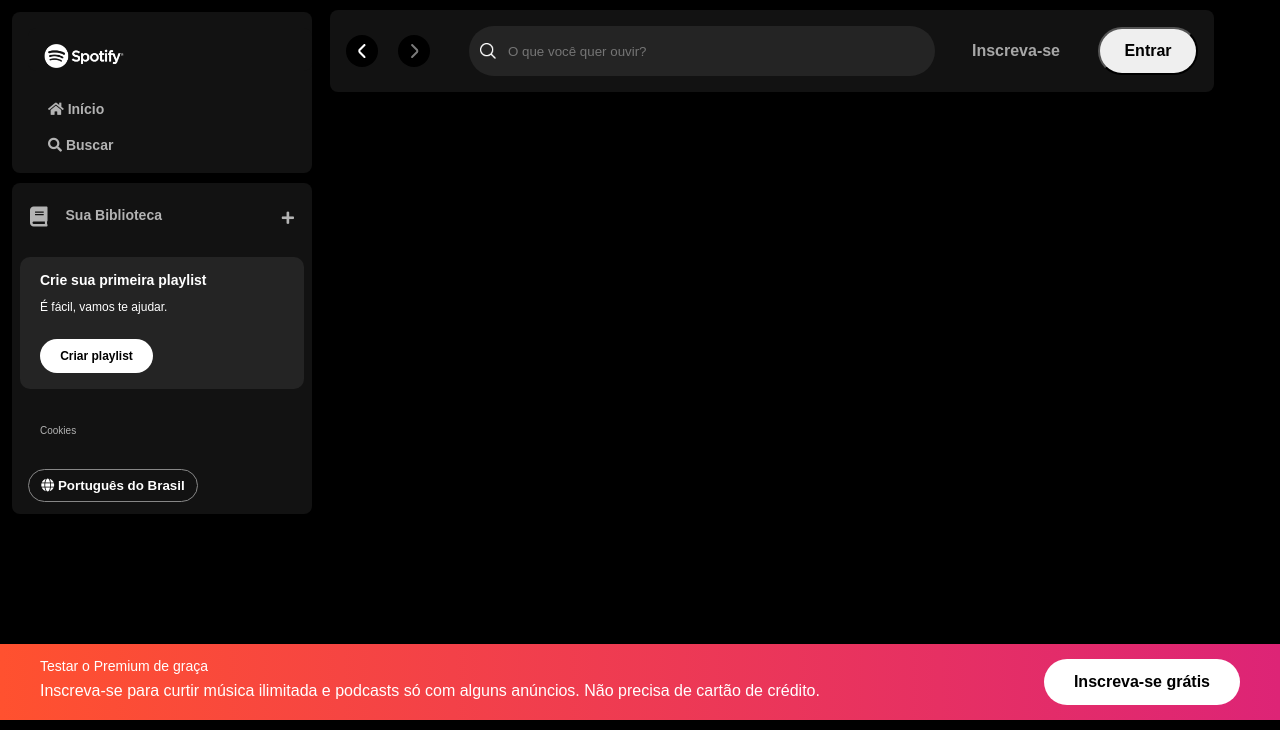
Repository: rafaazevedo-gs/Imers-o-Alura-Front-end
Page: index.html
These files come from the project's save history. The page is drawn as it stood at one moment and after the next save; the edit follows.
The browser window is 1280 px wide. The pictures show the whole page.

Above is the page before, as saved 2025-01-31 10:47:50.

### index.html
<!DOCTYPE html>
<html lang="pt-BR">
<head>
    <meta charset="UTF-8">
    <meta name="viewport" content="width=device-width, initial-scale=1.0">
    <title>Spotify</title>

    <link rel="stylesheet" href="./src/styles/reset.css">
    <link rel="stylesheet" href="./src/styles/vars.css">
    <link rel="stylesheet" href="./src/styles/sidebar-footer.css">
    <link rel="stylesheet" href="./src/styles/main-content.css">
    <link rel="stylesheet" href="https://use.fontawesome.com/releases/v5.15.4/css/solid.css"/>
    <link rel="stylesheet" href="https://use.fontawesome.com/releases/v5.15.4/css/fontawesome.css"/>

</head>
<body>
    <div class="sidebar">
        <nav class="sidebar__navigation">
            <div class="logo">
                <a href="">
                    <img src="./src/assets/icons/logo-spotify.png" alt="Spotify logo">
                </a>
                </div>
                    <ul>
                        <li>
                            <a href="">
                                <span class="fa fa-home"></span>
                                <span>Início</span>
                            </a>
                        </li>
                        <li>
                            <a href="">
                                <span class="fa fa-search"></span>
                                <span>Buscar</span>
                            </a>
                        </li>
                    </ul>
        </nav>
        <div class="library">
            <div class="library__content">
                <button class="library__button">
                    <span class="fa fas fa-book"></span>
                    <span>Sua Biblioteca</span>
                </button>
                <span class="fa fa-plus"></span>
        </div>

        <section class="section-playlist">
            <div class="section-playlist__content">
                <span class="text title">Crie sua primeira playlist</span>
                <span class="text subtitle">É fácil, vamos te ajudar.</span>
                <button class="section-playlist__button">
                    <span>Criar playlist</span>
                </button>
            </div>
        </section>
        <div class="cookies">
            <a href="">Cookies</a>
        </div>
        <div class="languages">
            <button class="languages__button">
                <span class="fa fa-globe"></span>
                <span>Português do Brasil</span>
            </button>
        </div>
    </div>
</div>

<main>
    <div class="main-container">
        <nav class="header__navigation">
            <div class="navigation">
                <button class="arrow-left">
                    <img src="./src/assets/icons/small-left.png" alt="Seta esquerda">
                </button>
                <button class="arrow-right">
                    <img src="./src/assets/icons/small-right.png" alt="Seta direita">
                </button>
            </div>
            <div class="header__search">
                <img src="./src/assets/icons/search.png" alt="">
                <input id="search-input" type="text" maxlength="800" placeholder="O que você quer ouvir?" />
            </div>
            <div class="header__login">
                <button class="subscribe">Inscreva-se</button>
                <button class="login">Entrar</button>
            </div>
        </nav>

            <div class="playlist-container">
                <div id="result-playlist">
                    <div class="playlist">
                        <h1 id="greeting">Boas vindas</h1>
                        <h2 class="greeting-subtitle">Navegar por todas as seções</h2>
                    </div>
            </div>
    </div>
</main>

    <footer class="disclaimer-premium">
        <div class="text">
            <p class="disclaimer-premium__title">Testar o Premium de graça</p>
            <p class="disclaimer-premium__subtitle">Inscreva-se para curtir música ilimitada e podcasts só com alguns anúncios. Não precisa de cartão de crédito.</p>
        </div>
        <div class="button">
            <button type="button">Inscreva-se grátis</button>
        </div>
    </footer>

</body>
</html>

### src/styles/vars.css
:root{
    /* FONT */
    --font-dm-sans:"DM Sans", sans-serif;

    /* COLORS */
    --bg-icon:#131313;
    --bg-arrow-color:rgba(0,0,0,7)
}

### src/styles/sidebar-footer.css
body{
    background-color: #000;
    font-family: var(--font-dm-sans);
}

.sidebar{
    position:fixed;
    top:0;
    left:0;
    bottom:0;
    padding:12px;
    width:300px;
}

.sidebar__navigation{
    background-color: #121212;
    border-radius:8px;
    padding:16px 0 0 16px;
}

.logo{
    background: #121212;
    display:flex;
    border-radius:8px ;
    padding:16px 0 0 16px;
}

.sidebar__navigation .logo img{
    width:80px;
}

.sidebar nav ul{
    margin-top: 20px;
    padding:0 20px 10px 20px;
}

.sidebar ul li{
    padding: 10px 0;
}

.sidebar nav ul li a{
    color: #b3b3b3;
    text-decoration: none;
    font-weight: 600;
    font-size: 14px;
}

.library{
    background-color:#121212;
    border-radius:8px;
    display:flex;
    justify-content: space-between;
    flex-direction: column;
    padding:4px 8px;
    color:#b3b3b3;
    font-weight: 600;
    font-size:14px;
    margin-top: 10px;
}

.library .library__content{
    display:flex;
    justify-content: space-between;
}

.library .library__button{
    display:flex;
    margin-right: 10px;
    color:#b3b3b3;
    background-color: transparent;
    border:0px;
    font-size: 14px;
    font-weight: 700;
    text-align: center;
    text-decoration: none;
    text-transform: none;
    padding:20px 10px;
}

.library .library__button .fa{
    font-size:20px;
    font-weight: 300;
    color:#b3b3b3;
    margin-right: 10px;
    padding-right:8px;
}

.library .library__content .fa-plus{
    margin: 24px 10px;
    cursor: pointer;
}

.section-playlist{
    display:flex;
    align-items: flex-start;
    justify-content: space-between;
    gap:20px;
    background-color: #242424;
    color:#b3b3b3;
    font-weight: 600;
    font-size: 14px;
    margin: 8px 0;
    padding:16px 20px;
    border-radius:10px;
}

.section-playlist .section-playlist__content{
    display:flex;
    flex-direction: column;
}

.section-playlist__content .text{
    padding-bottom:14px;
    color:#FFF;
}

.section-playlist__content .title{
    font-weight: 700;
}

.section-playlist__content .subtitle{
    font-weight: 500;
    font-size: 12px;
}

.section-playlist__content .section-playlist__button{
    display: flex;
    justify-content: center;
    background-color: #FFF;
    color:#000;
    border-radius: 20px;
    font-size: 12px;
    font-weight: 700;
    text-decoration:none;
    text-transform: none;
    padding:10px;
    margin-top: 12px;
    border:0;
    width: 113px;
    cursor: pointer;
}

.sidebar .cookies{
    margin:25px 20px;
}

.sidebar .cookies a{
    color:#b3b3b3;
    font-weight: 500;
    font-size:10px;
    text-decoration: none;
}

.sidebar .cookies a:hover{
    text-decoration: underline;
}

.languages .languages__button{
    align-items: center;
    background-color: transparent;
    border: 1px solid #878787;
    color:#FFF;
    font-weight: bold;
    cursor:pointer;
    width: 170px;
    margin:8px;
    padding:8px;
    border-radius:20px;
}

.disclaimer-premium {
    position: fixed;
    bottom: 0;
    left: 0;
    right: 0;
    background: linear-gradient(to right, #ff512f, #dd2476);
    padding: 15px 40px;
    display: flex;
    justify-content: space-between;
}
.disclaimer-premium .text {
   flex-shrink: 0;
}
.disclaimer-premium .disclaimer-premium__title {
    color: #ffffff;
    font-weight: 400;
    font-size: 14px;
    margin-bottom: 10px;
}

.disclaimer-premium .disclaimer-premium__subtitle {
    color: #ffffff;
    font-size: 16px;
    font-weight: 500;
}

.disclaimer-premium button {
    background-color: #ffffff;
    color: #000000;
    font-size: 16px;
    font-weight: bold;
    padding: 14px 30px;
    border: 0px;
    border-radius: 40px;
    cursor: pointer;
    flex-shrink: 0;
}

### src/styles/main-content.css
/* HEADER */

.main-container{
    max-width: 80vw;
    height: 100vh;
    margin-left: 320px;
    margin-right: 56px;
}

.header__navigation {
    display: flex;
    justify-content: space-between;
    align-items: center;
    padding: 16px;
    margin: 10px;
    border-radius: 8px;
    background-color: #121212;
  }

  .header__navigation .navigation {
    display: flex;
    justify-content: space-around;
    align-items: center;
  }

  .header__navigation .navigation .arrow-left {
    margin-right: 1.25rem;
  }

  .arrow-left, .arrow-right {
    display: flex;
    align-items: center;
    justify-content: center;
    width: 32px;
    height: 32px;
    background: var(--bg-icon);
    background-color:var(--bg-arrow-color);
    border-radius: 50%;
    border: none;
    cursor: pointer;
  }

  .header__login {
    display: flex;
    align-items: center;
  }

  .header__search {
    display: flex;
    align-items: center;
    width: 464px;
    height: 48px;
    margin-left: 8px;
    background-color: #242424;
    border-radius: 500px;
    border: 1px solid transparent;
  }

  .header__search img {
    width: 16px;
    height: 16px;
    margin-left: 10px;
  }

  .header__search input {
    background: transparent;
    border: none;
    padding: 0px 100px 0 12px;
    color: #fff;
    text-overflow: ellipsis;
    overflow:hidden;
    white-space: nowrap;
    outline: none;
  }

  .header__login .subscribe {
    color: #a7a7a7;
    font-size: 16px;
    font-weight: 700;
    background-color: transparent;
    margin-right: 32px;
    cursor: pointer;
    border: none;
  }

  .header__login .login {
    width: 100px;
    height: 48px;
    color: #000;
    font-size: 16px;
    font-weight: 700;
    border-radius: 40px;
    cursor: pointer;
  }

Loaded but not shown: src/styles/reset.css (common file)

After the next save:
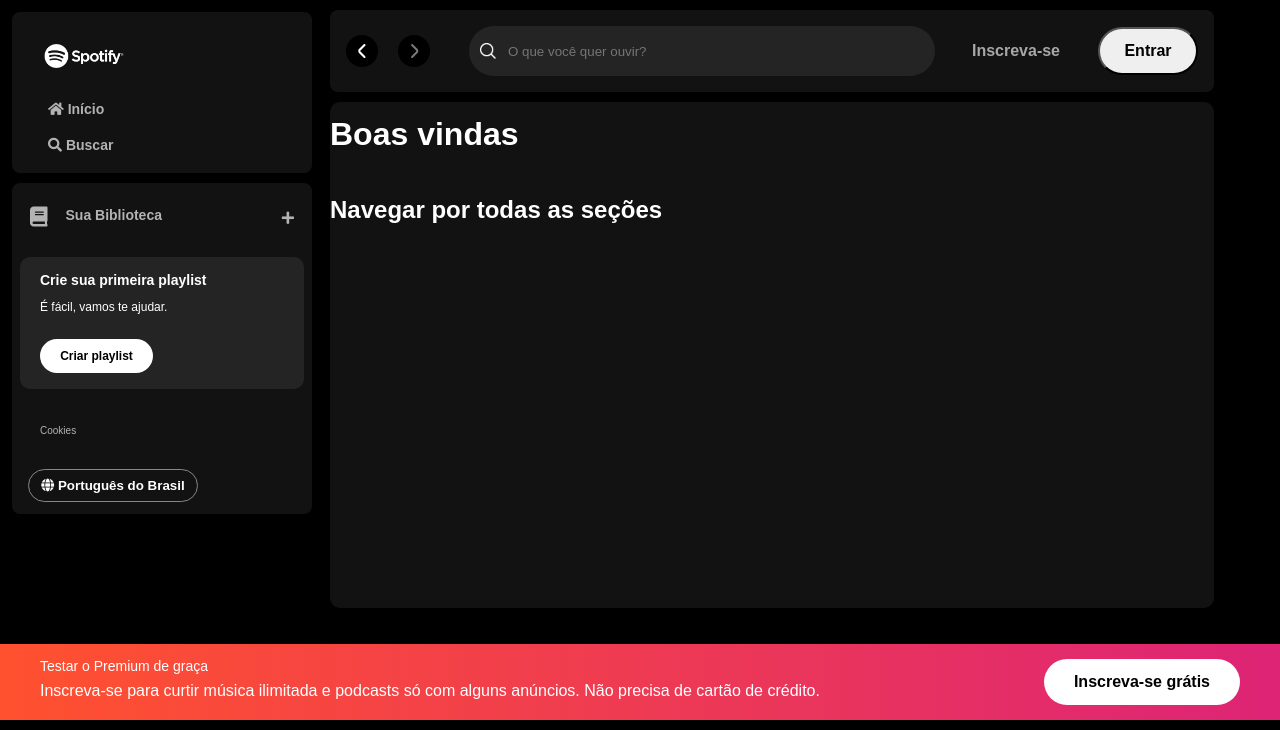
Saved 3 min 49 s later.
--- a/src/styles/main-content.css
+++ b/src/styles/main-content.css
@@ -92,3 +92,28 @@
     border-radius: 40px;
     cursor: pointer;
   }
+
+  .playlist-container {
+    height: 68vh;
+    padding-top: 16px;
+    margin: 10px;
+    border-radius: 10px;
+    background-color: #121212;
+  }
+
+  .Playlist {
+    margin: 24px;
+  }
+
+  .playlist #greeting {
+    color: #fff;
+    font-size: 32px;
+    font-weight: 700;
+    margin-bottom: 48px;
+  }
+
+  .playlist .greeting-subtitle {
+    color: #fff;
+    font-size: 24px;
+    font-weight: 700;
+  }
